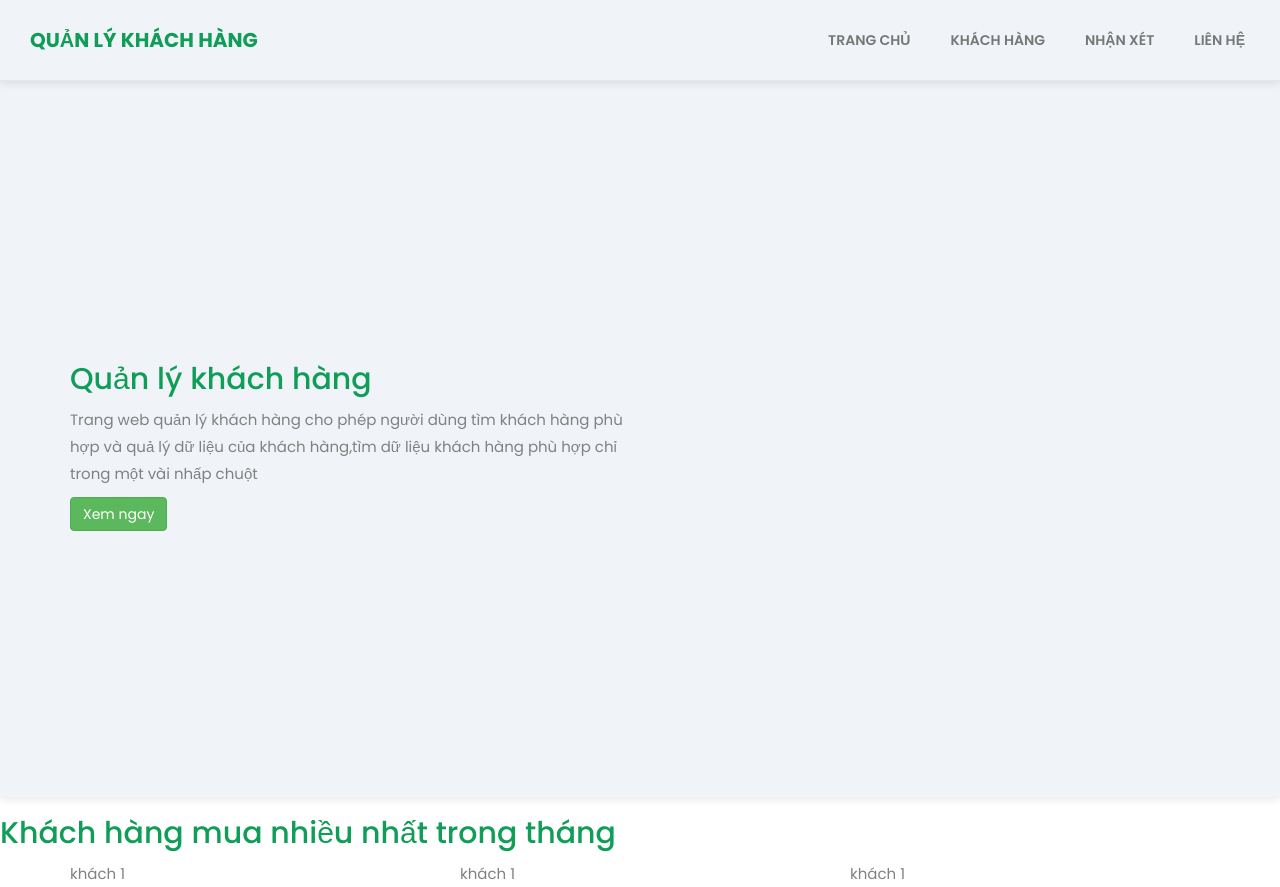
Repository: huutien1904/bt2-ltw
Page: index.html
The author's editor kept a copy of each file at every save. The page is drawn from the files as they stood at one save, then again after the next save.
The browser window is 1280 px wide. The pictures show the whole page.

Above is the page before, as saved 2021-11-04 00:32:16.

### index.html
<!DOCTYPE html>
<html lang="en">
<head>
    <meta charset="UTF-8">
    <meta http-equiv="X-UA-Compatible" content="IE=edge">
    <meta name="viewport" content="width=device-width, initial-scale=1.0">
    <title>Quản Lý Khách Hàng</title>
    <link rel="stylesheet" href="https://maxcdn.bootstrapcdn.com/bootstrap/3.4.1/css/bootstrap.min.css">
    <link href="https://fonts.googleapis.com/css?family=Montserrat" rel="stylesheet" type="text/css">
    <link href="https://fonts.googleapis.com/css?family=Lato" rel="stylesheet" type="text/css">
    <!-- style -->
    <link rel="stylesheet" href="./style.css">
    <!-- font Poppins -->
    <link rel="preconnect" href="https://fonts.googleapis.com">
    <link rel="preconnect" href="https://fonts.gstatic.com" crossorigin>
    <link href="https://fonts.googleapis.com/css2?family=Poppins:wght@100;200;300;400;500;600;700;800;900&display=swap" rel="stylesheet">
    <!-- javacript boostrap -->
    <script src="https://ajax.googleapis.com/ajax/libs/jquery/3.5.1/jquery.min.js"></script>
    <script src="https://maxcdn.bootstrapcdn.com/bootstrap/3.4.1/js/bootstrap.min.js"></script>
</head>
<body>
  <!-- navbar -->
    <nav class="navbar navbar-default navbar-fixed-top">
        <div class="container-fluid ">
          <div class="navbar-header">
            <button type="button" class="navbar-toggle" data-toggle="collapse" data-target="#myNavbar">
              <span class="icon-bar"></span>
              <span class="icon-bar"></span>
              <span class="icon-bar"></span>
            </button>
            <a class="navbar-brand" href="#myPage">QUẢN LÝ KHÁCH HÀNG</a>
          </div>
          <div class="collapse navbar-collapse" id="myNavbar">
            <ul class="nav navbar-nav navbar-right">
              <li class="active_nav"><a href="#home">TRANG CHỦ</a></li>
              <li ><a href="#customer">KHÁCH HÀNG</a></li>
              <li><a href="#comment">NHẬN XÉT</a></li>
              <li><a href="#contact">LIÊN HỆ</a></li>
            </ul>
          </div>
        </div>
    </nav>
  <!-- end navbar -->
  <!-- trang chủ -->
  <section
    id="home"
    >
    <div class="container">
      <div class="row">
        <div class="col-md-6 col-xs-12 ">
          <div class="">
            <h2 class="slogan">Quản lý khách hàng</h2>
            <p class="">
              Trang web quản lý khách hàng cho phép người dùng tìm khách hàng phù hợp và quả lý dữ liệu của khách hàng,tìm dữ liệu khách hàng phù hợp chỉ trong một vài nhấp chuột
            </p>
            <div class="left-to-right play-on-scroll delay-4">
              <button type="button" class="btn btn-success">Xem ngay</button>
            </div>
          </div>
        </div>
      </div>
    </div>
  </section>
  <!-- end trang chủ -->

  <!-- khách hàng -->
  <section id="customer">
    <h2 class="title_customer">Khách hàng mua nhiều nhất trong tháng</h2>
    <div class="container">
      <div class="row">
        <div class="col-md-4 col-sm-12">
          khách 1
        </div>
        <div class="col-md-4 col-sm-12">
          khách 1

        </div>
        <div class="col-md-4 col-sm-12">
          khách 1

        </div>
      </div>
    </div>
  </section>
  <!-- end khách hàng -->
  <!--  Nhận xét-->
  <section id="comment">

  </section>
  <!-- liên hệ -->
  <section id="contact">

  </section>
</body>
</html>

### style.css
*{
  font-family: 'Poppins', sans-serif;
}

:root {
  --primary-color: #0f9d58;
  --backgound-color: #f0f3f7;
  --secon-color: #9da2ad;
  --grey: #7a7a7a;
  --white: #ffffff;
}
body {
  font: 400 15px Lato, sans-serif;
  line-height: 1.8;
  color: #818181;
}
.navbar-default{
  padding: 15px;
  background-color: var(--backgound-color);
  box-shadow: 0 2px 8px rgb(0 0 0 / 10%);
}
.navbar-brand{
  font-weight: 700;
  font-size: 20px;
  color: var(--primary-color) !important;

}
.navbar-right li{
  font-size: 14px;
  font-weight: 600;
  margin: 0 5px;
  /* padding:5px; */
}
.navbar-right li:hover{
  background-color: var(--primary-color);
  border-radius: 15px;
  color: white !important;
}
#home{
  margin-top: 77px;
  height: 100vh;
  display: flex;
  justify-content: center;
  align-items: center;
  background-color: var(--backgound-color);
  box-shadow: 0 2px 8px rgb(0 0 0 / 10%);
}
.slogan{
  color: var(--primary-color);
}
.title_customer{
  color: var(--primary-color);
}
/* .active_nav{
  background-color: var(--primary-color);
  border-radius: 15px;
} */

After the next save:
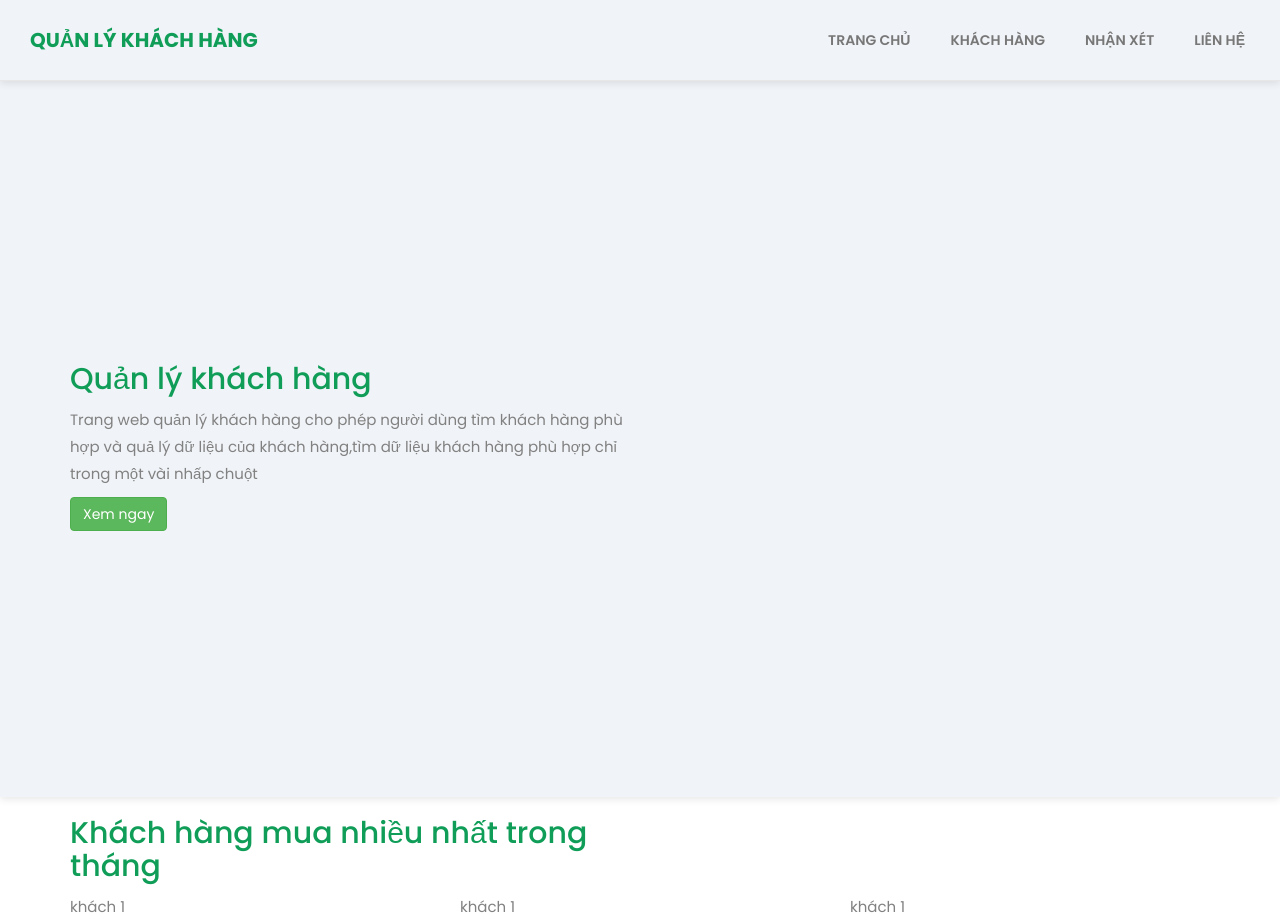
Saved 51 s later.
--- a/index.html
+++ b/index.html
@@ -65,8 +65,13 @@
 
   <!-- khách hàng -->
   <section id="customer">
-    <h2 class="title_customer">Khách hàng mua nhiều nhất trong tháng</h2>
+
     <div class="container">
+      <div class="row">
+        <div class="col-md-6 col-sm-12">
+          <h2 class="title_customer">Khách hàng mua nhiều nhất trong tháng</h2>
+        </div>
+      </div>
       <div class="row">
         <div class="col-md-4 col-sm-12">
           khách 1
